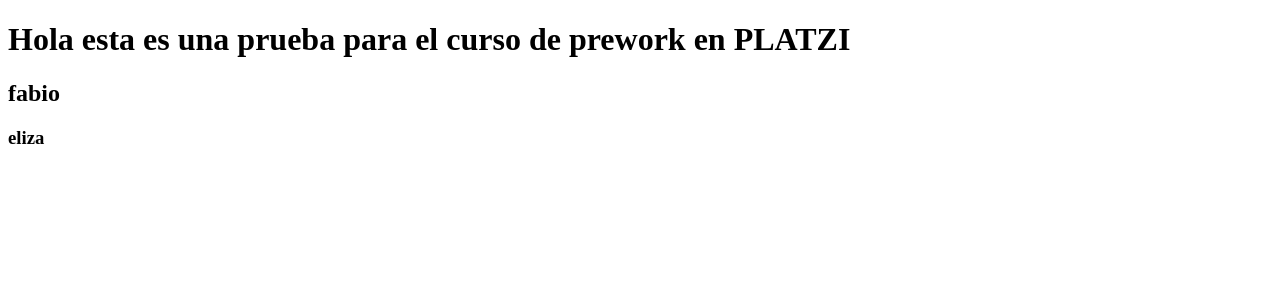
Repository: Frankesteban/Proyecto-Ing
Page: web.html
The author's editor kept a copy of each file at every save. The page is drawn from the files as they stood at one save, then again after the next save.
The browser window is 1280 px wide. The pictures show the whole page.

Above is the page before, as saved 2023-05-05 16:26:25.

### web.html
<!DOCTYPE html>
<html lang="en">
<head>
    <meta charset="UTF-8">
    <meta http-equiv="X-UA-Compatible" content="IE=edge">
    <meta name="viewport" content="width=device-width, initial-scale=1.0">
    <title>Blog Prueba</title>
</head>
<body>
    <div>
        <h1>
            Hola esta es una prueba para el curso de prework en PLATZI
        </h1>

        <h2>fabio</h2>
        <h3>eliza</h3>

    </div>
</body>
</html>

After the next save:
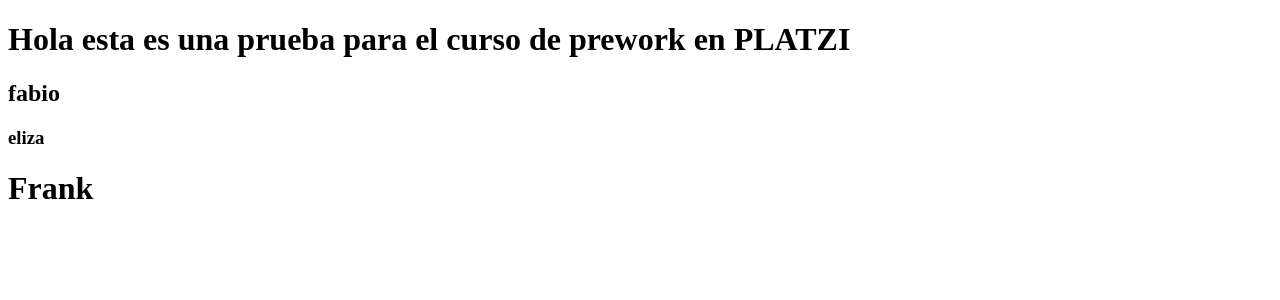
Saved 45 min 32 s later.
--- a/web.html
+++ b/web.html
@@ -14,6 +14,7 @@
 
         <h2>fabio</h2>
         <h3>eliza</h3>
+        <h1>Frank</h1>
 
     </div>
 </body>
